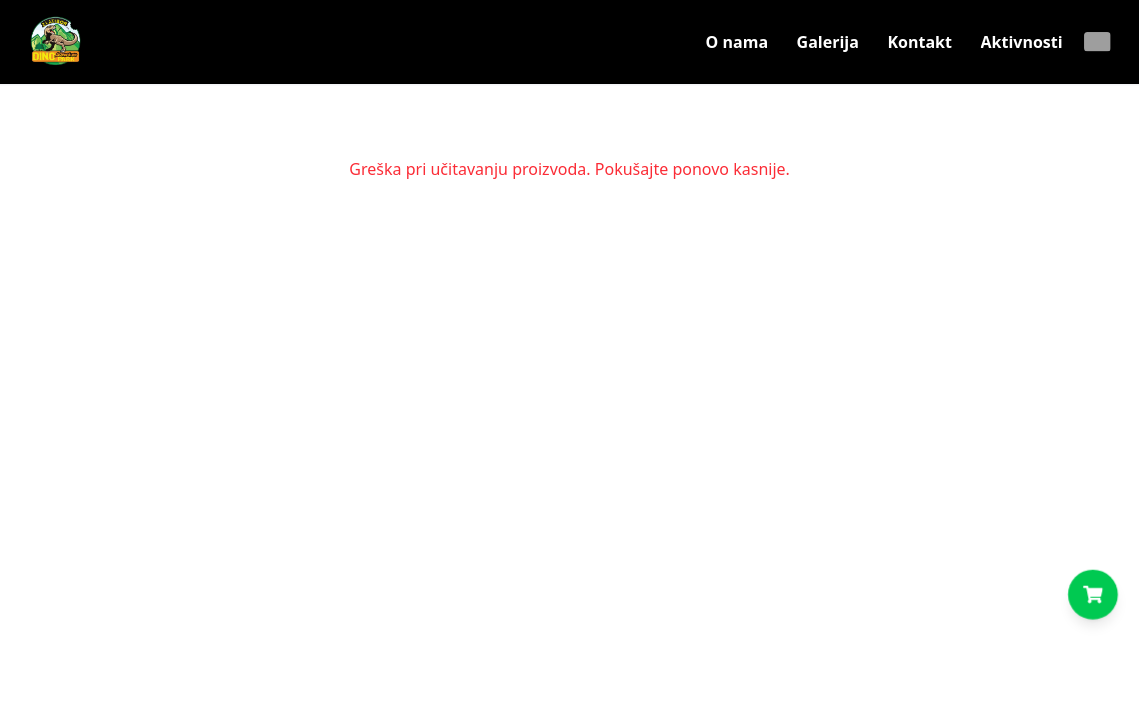
Repository: dimitrijekokovic/dinoparkk
Page: /shop
These files come from the project's save history. The page is drawn as it stood at one moment and after the next save; the edit follows.
The browser window is 1280 px wide. The pictures show the whole page, at 89% of full size.
Pictures or frames that could not be fetched are drawn as grey boxes. The page's requests for data from a server got no answer. The project was rebuilt for these pictures with package versions that can differ from the ones it lists, and the page was loaded fresh each time. The framework's server and built-in components were replaced by stand-ins that run in the browser. No one was signed in, and anything a server would have sent is missing. Also part of the build but not shown: next.config.ts.

Above is the page before, as saved 2025-03-22 12:39:21.

After the next save:
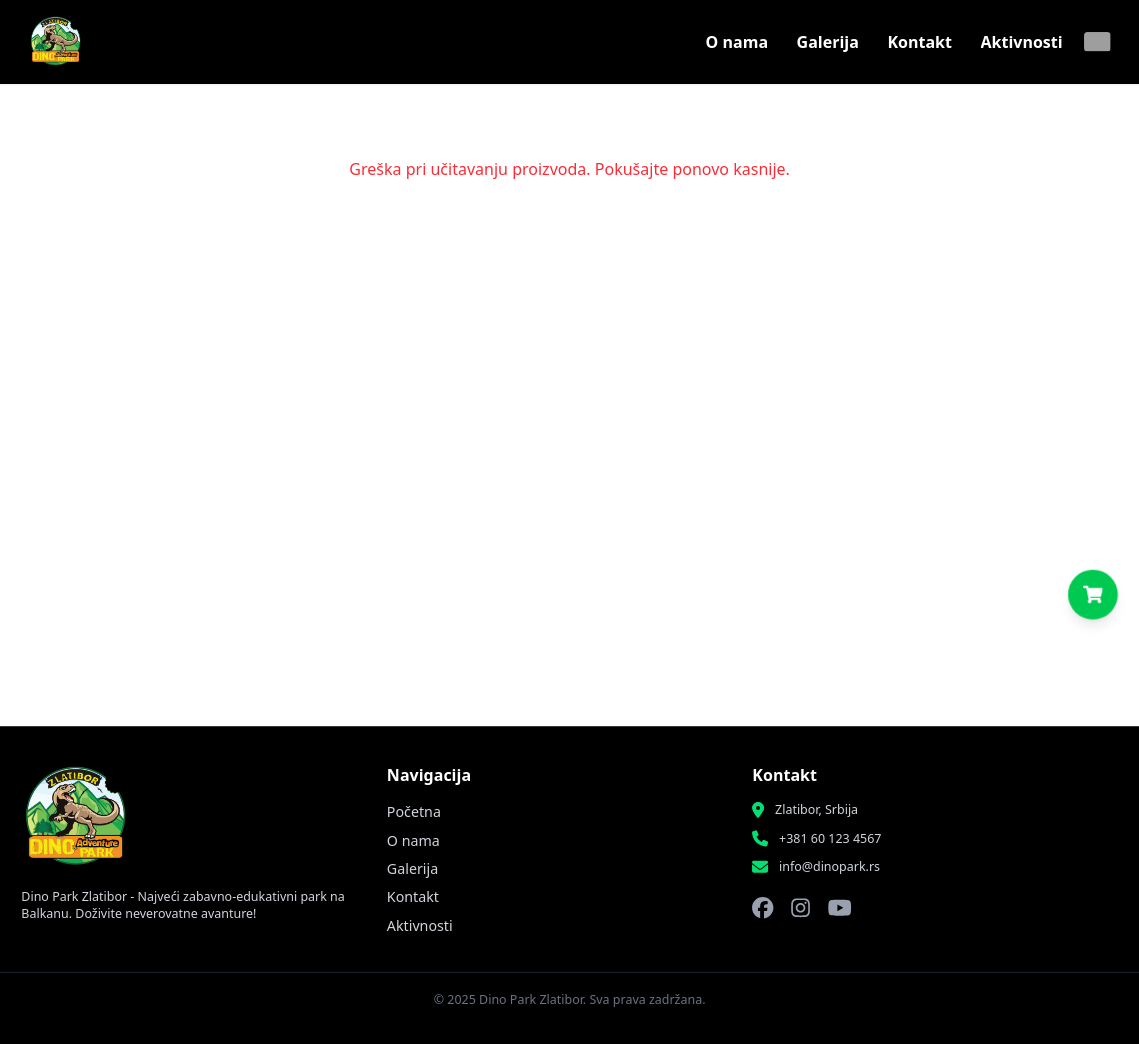
Saved 3 min 15 s later.
--- a/app/layout.tsx
+++ b/app/layout.tsx
@@ -1,9 +1,44 @@
-"use client";
-
 import type { Metadata } from "next";
 import "./globals.css";
 import Navbar from "./Navbar";
-import { LanguageProvider } from "./context/LanguageContext"; // Novi import ✅
+import { LanguageProvider } from "./context/LanguageContext";
+import ScrollToTop from "./ScrollToTop"; // ⬅️ Dodato
+import Footer from "./components/Footer";
+
+export const metadata: Metadata = {
+  title: "Dino Park Zlatibor",
+  description:
+    "Zvanični sajt Dino Parka Zlatibor - edukacija, zabava, avantura",
+  keywords: [
+    "dino park",
+    "zlatibor",
+    "porodica",
+    "aktivnosti",
+    "deca",
+    "zabava",
+    "dinosaurusi",
+  ],
+  icons: {
+    icon: "/logo.png",
+    shortcut: "/logo.png",
+    apple: "/logo.png",
+  },
+  openGraph: {
+    title: "Dino Park Zlatibor",
+    description:
+      "Idealno mesto za porodicu i decu - istražite svet dinosaurusa!",
+    type: "website",
+    url: "https://www.dinopark.rs",
+    images: [
+      {
+        url: "/logo.png",
+        width: 1200,
+        height: 630,
+        alt: "Dino Park Open Graph Image",
+      },
+    ],
+  },
+};
 
 export default function RootLayout({
   children,
@@ -11,20 +46,17 @@ export default function RootLayout({
   children: React.ReactNode;
 }) {
   return (
-    <LanguageProvider>
-      {" "}
-      {/* Omotaj sve u LanguageProvider */}
-      <html lang="sr" className="overflow-x-hidden">
-        <body
-          suppressHydrationWarning={true}
-          className="bg-gray-100 text-gray-900 overflow-x-hidden"
-        >
+    <html lang="sr" className="overflow-x-hidden">
+      <body className="bg-gray-100 text-gray-900 overflow-x-hidden">
+        <LanguageProvider>
           <Navbar />
+          <ScrollToTop /> {/* ⬅️ Ubaceno ovde */}
           <main className="w-full max-w-[100vw] overflow-x-hidden">
             {children}
           </main>
-        </body>
-      </html>
-    </LanguageProvider>
+        </LanguageProvider>
+        <Footer />
+      </body>
+    </html>
   );
 }
